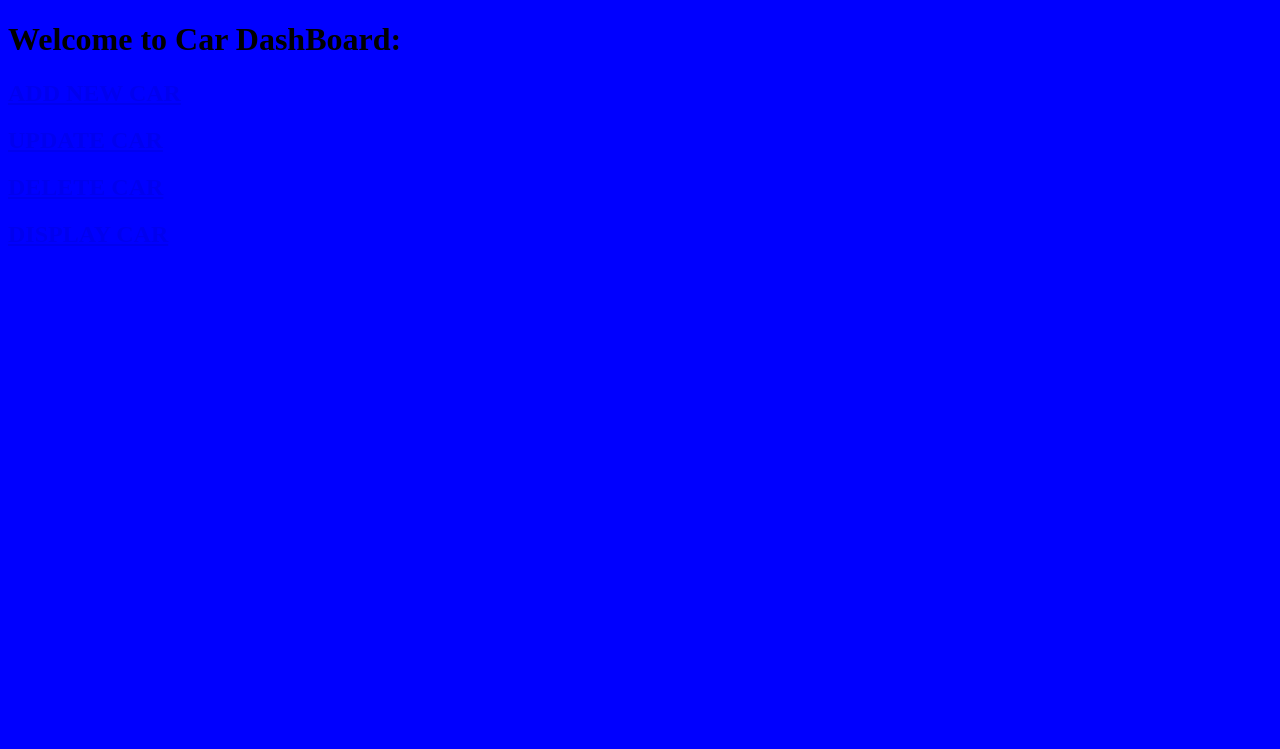
Repository: Dhirajkumar02/Advance-Java--J2EE-
Page: ServletProjecct_CarDB/src/main/webapp/index.html
The author's editor kept a copy of each file at every save. The page is drawn from the files as they stood at one save, then again after the next save.
The browser window is 1280 px wide. The pictures show the whole page.

Above is the page before, as saved 2024-11-14 14:50:54.

After the next save:
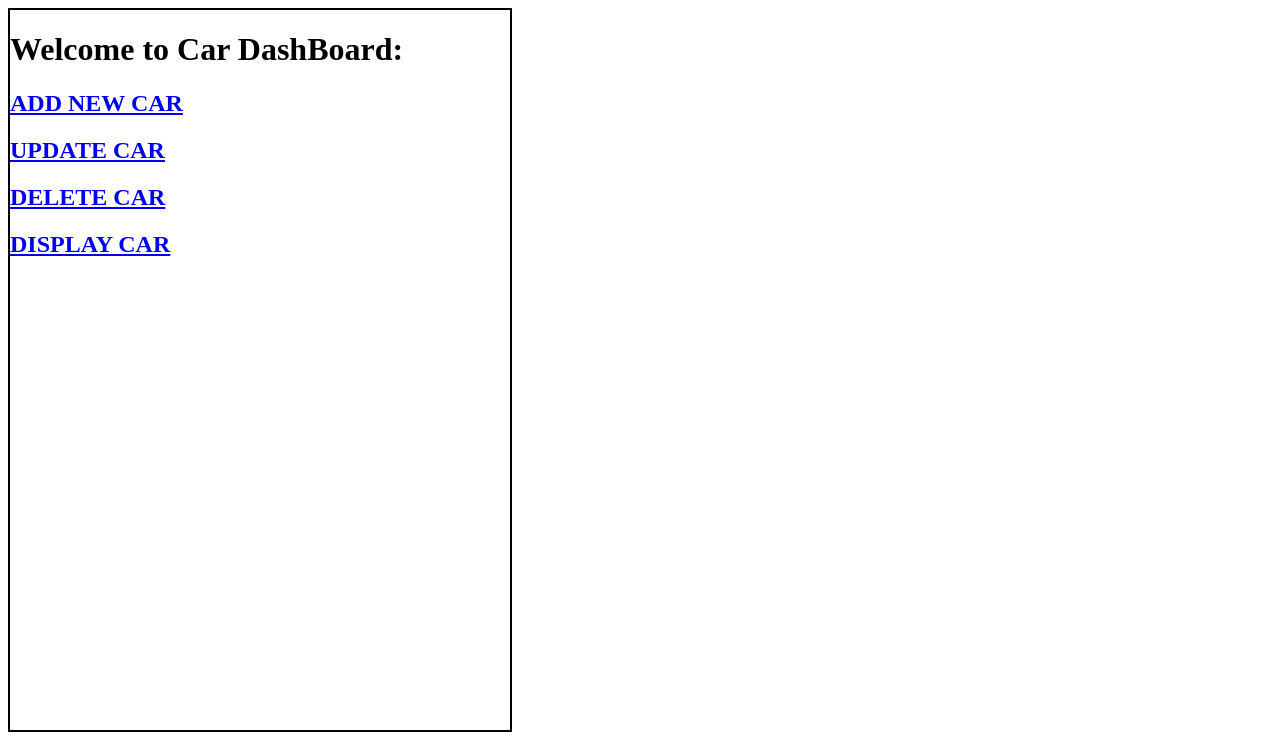
Saved 37 s later.
--- a/ServletProjecct_CarDB/src/main/webapp/index.html
+++ b/ServletProjecct_CarDB/src/main/webapp/index.html
@@ -7,7 +7,7 @@
 body{
 height: 100vh;
 width: 500px;
-background-color: blue;
+border: 2px solid black;
 }
 </style>
 </head>
